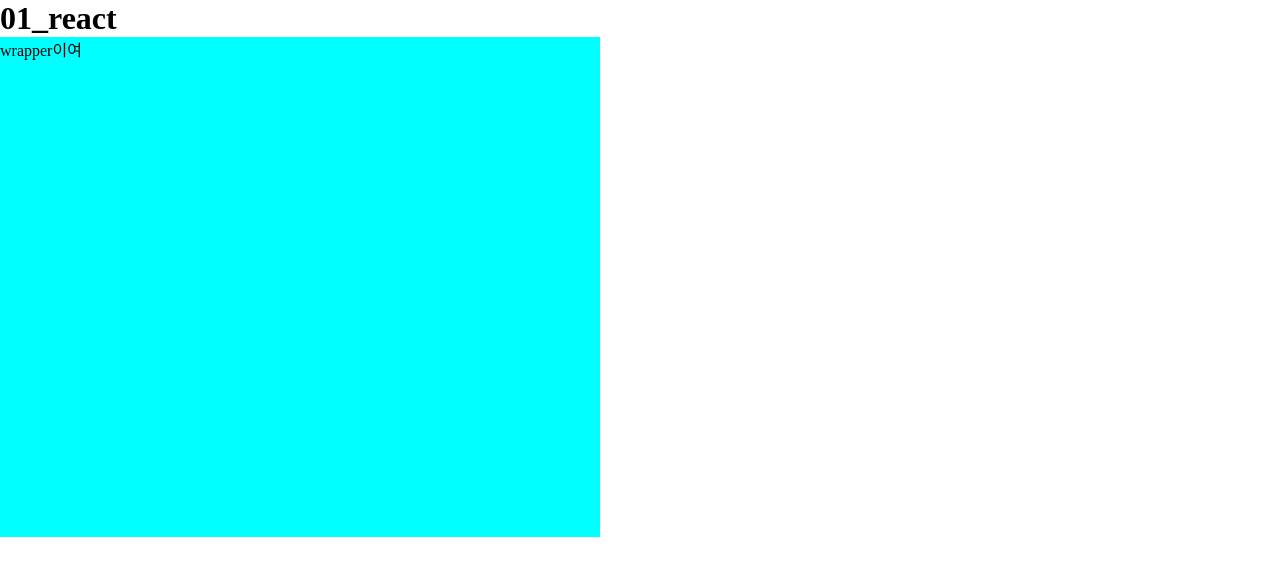
Repository: psun2/Korea-IT-Academy
Page: (back up) _ 오전/study_a/web_work/htmlCssProj/WebContent/react/01_react.html
The author's editor kept a copy of each file at every save. The page is drawn from the files as they stood at one save, then again after the next save.
The browser window is 1280 px wide. The pictures show the whole page.

Above is the page before, as saved 2020-07-29 06:22:52.

After the next save:
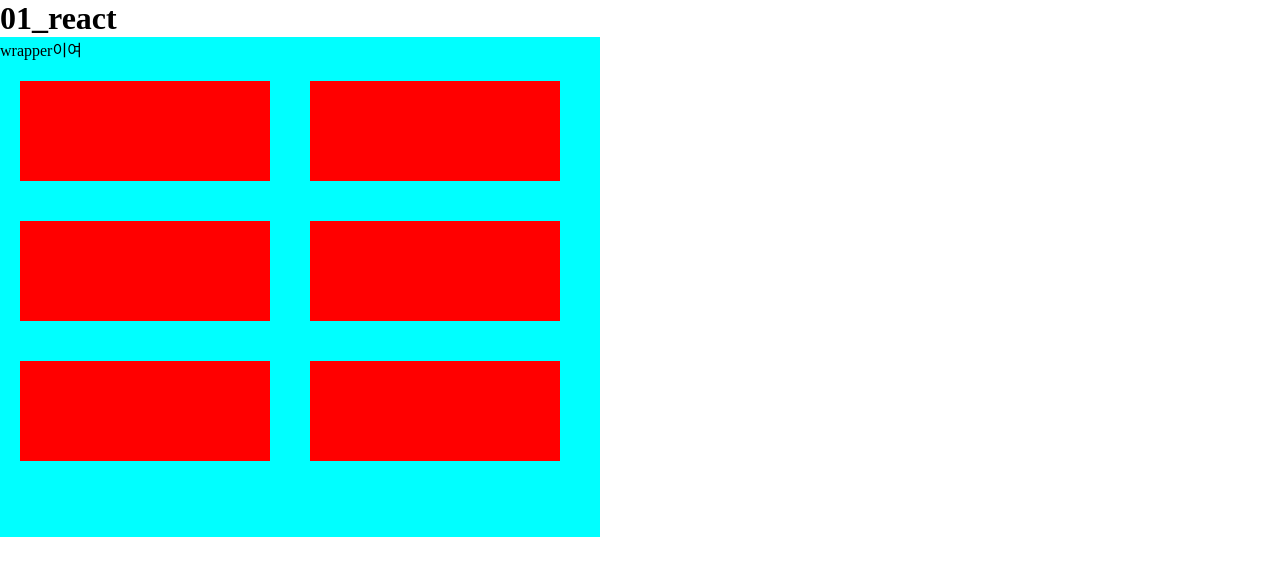
Saved 51 s later.
--- a/(back up) _ 오전/study_a/web_work/htmlCssProj/WebContent/react/01_react.html
+++ b/(back up) _ 오전/study_a/web_work/htmlCssProj/WebContent/react/01_react.html
@@ -18,6 +18,13 @@ minimum-scale=1.0, maximum-scale=1.0">
 		height: 500px;
 		background: #ff0;
 
+	}
+	.wrapper > div{
+		width:250px;
+		height: 100px;
+		background: #f00;
+		margin: 20px;
+		float: left;
 	}
 	/* 핸드폰 */
 	@media screen and (max-width:480px){
